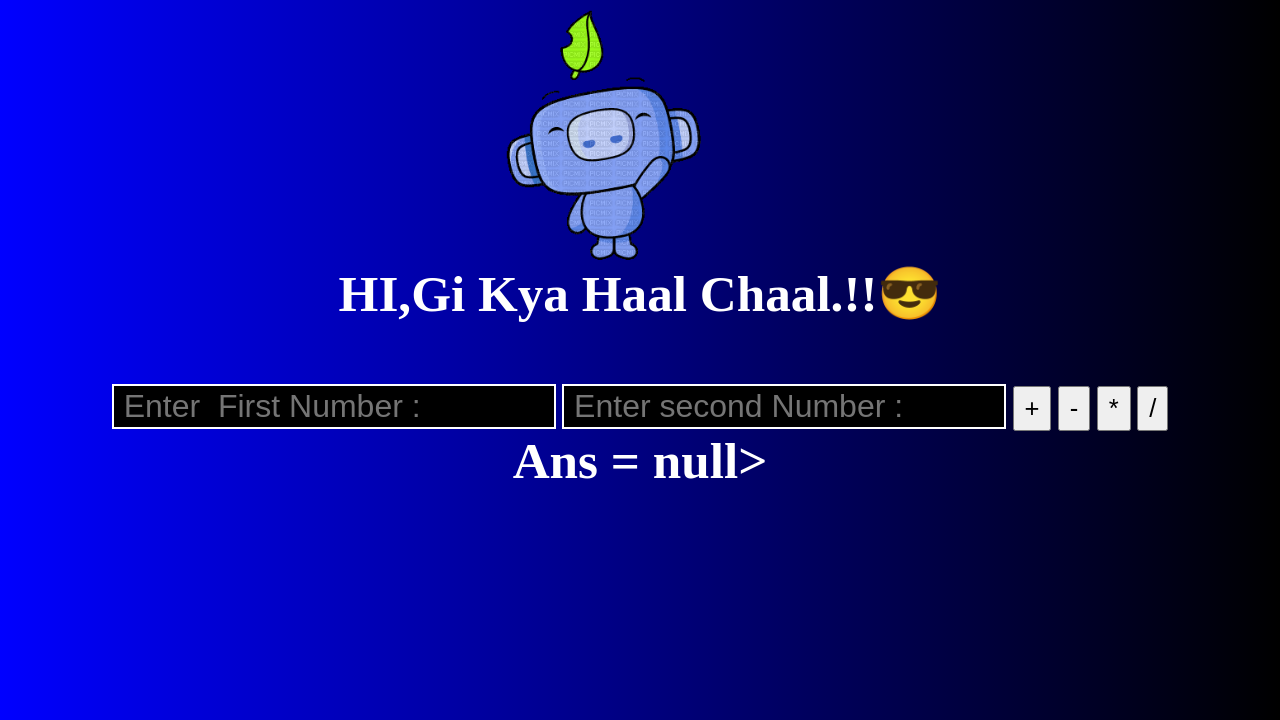
Repository: Deepak-Mane1902/simple-Calculator-using-JSP-Servlet
Page: http://localhost/webProject/NewFile.jsp
These files come from the project's save history. The page is drawn as it stood at one moment and after the next save; the edit follows.
The browser window is 1280 px wide. The pictures show the whole page.
The page is served by Tomcat 9.

Above is the page before, as saved 2024-12-15 08:34:59.

After the next save:
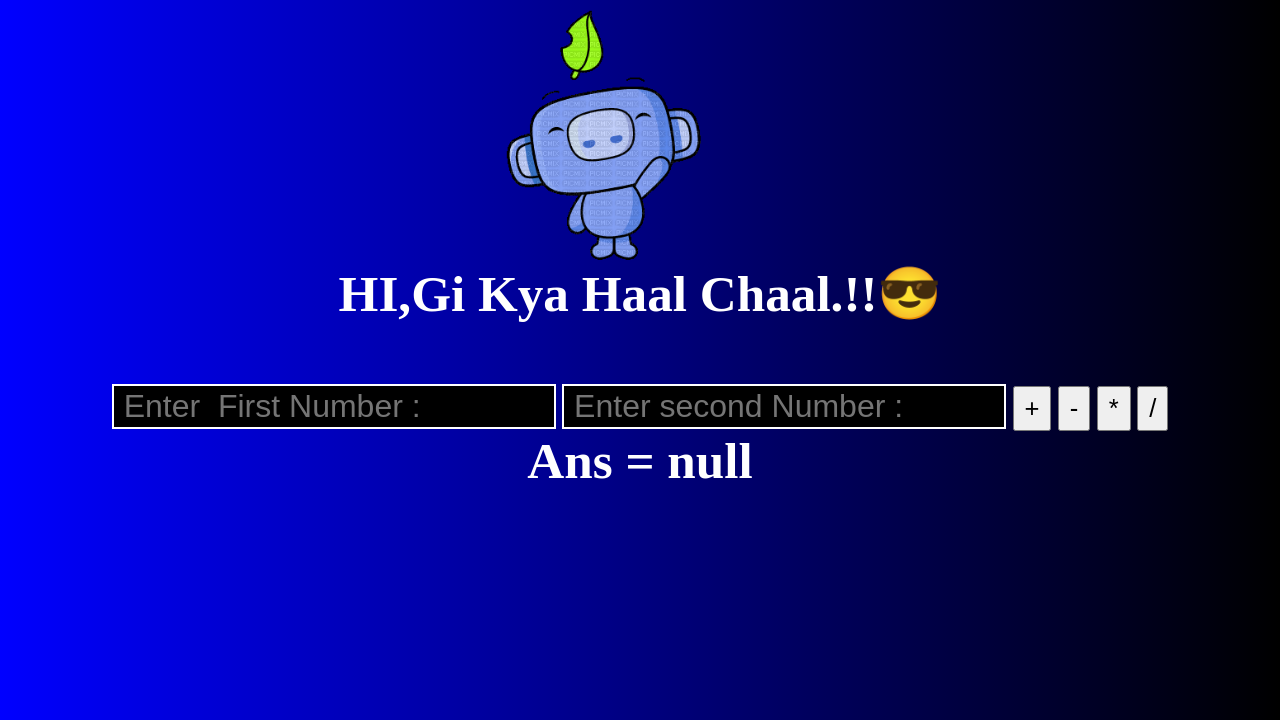
Saved 44 s later.
--- a/webProject/src/main/webapp/NewFile.jsp
+++ b/webProject/src/main/webapp/NewFile.jsp
@@ -19,7 +19,7 @@
 <button name="btn1" value="3">*</button>
 <button name="btn1" value="4">/</button>
 </form>
-<h1>Ans = <%=request.getParameter("ans") %>></h1>
+<h1>Ans = <%=request.getParameter("ans") %></h1>
 </main>
 </body>
 </html>
